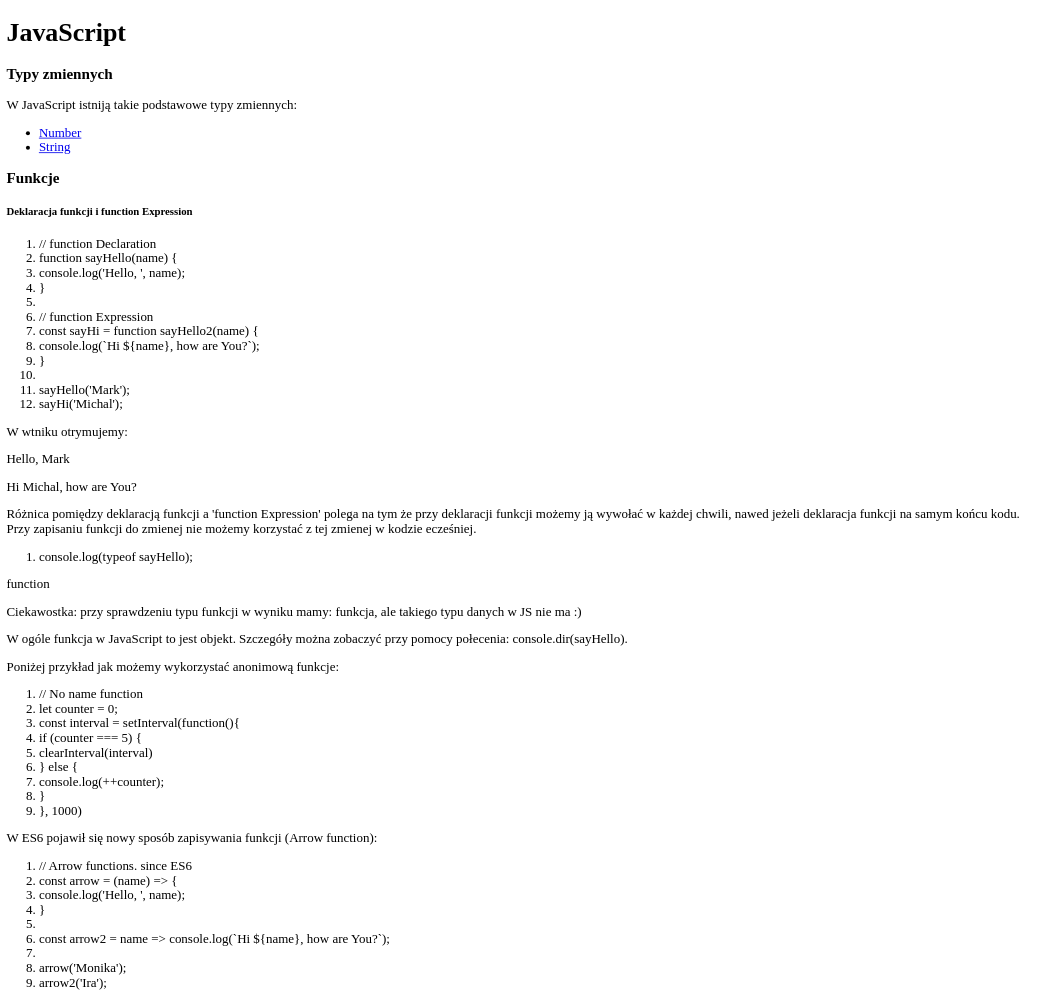
Repository: romanstetsiuk1/JS_learn
Page: noteJavaScript.html
The author's editor kept a copy of each file at every save. The page is drawn from the files as they stood at one save, then again after the next save.
The browser window is 1280 px wide. The pictures show the whole page, at 81% of full size.

Above is the page before, as saved 2020-08-19 18:18:38.

After the next save:
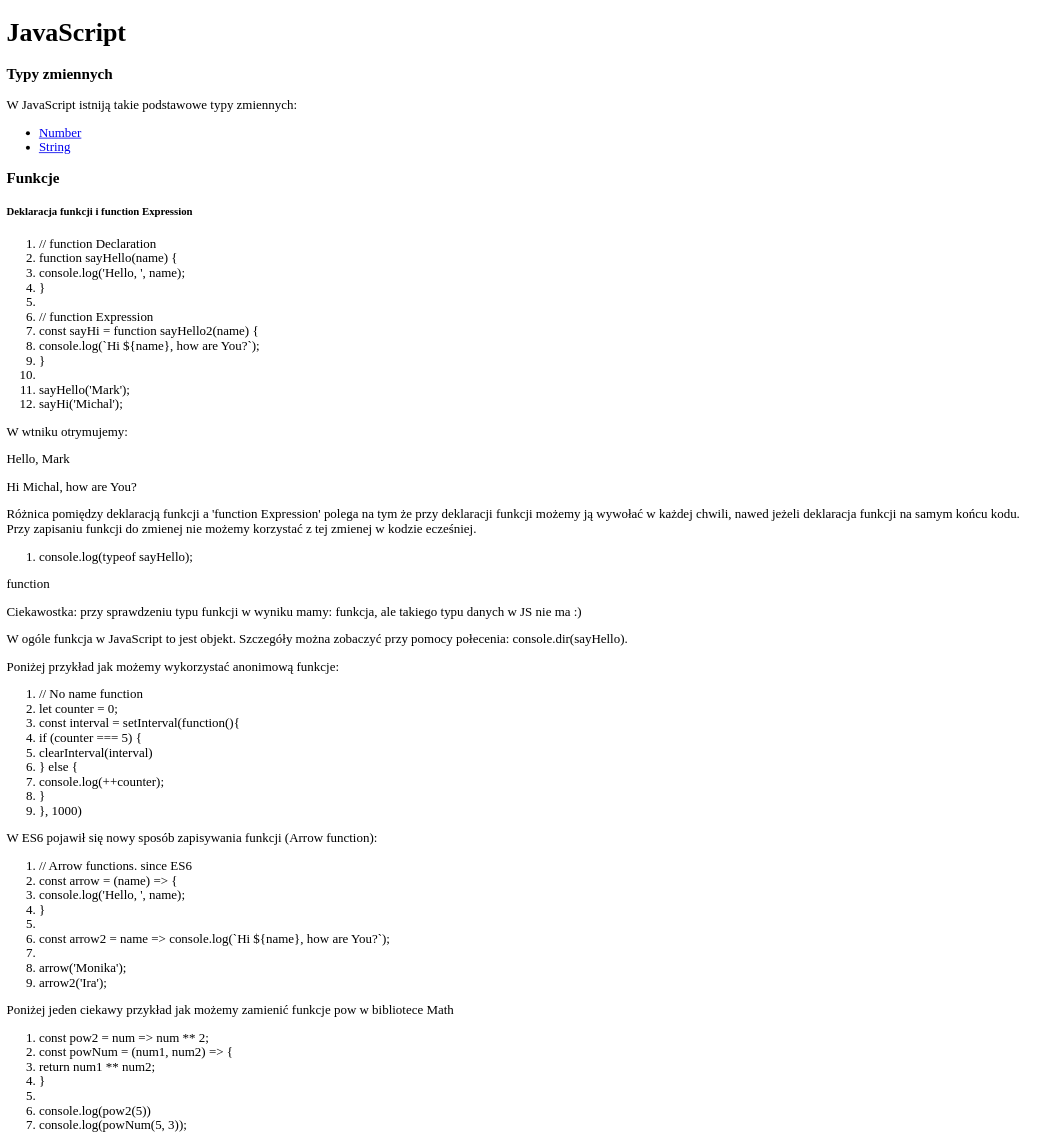
Saved 4 min 15 s later.
--- a/noteJavaScript.html
+++ b/noteJavaScript.html
@@ -93,6 +93,21 @@
           </ol>
         </div>
 
+        <p>Poniżej jeden ciekawy przykład jak możemy zamienić funkcje pow w
+          bibliotece Math
+        </p>
+        <div class="vsCode">
+          <ol>
+            <li>const pow2 = num => num ** 2;</li>
+            <li>const powNum = (num1, num2) => {</li>
+            <li>return num1 ** num2;</li>
+            <li>}</li>
+            <li></li>
+            <li>console.log(pow2(5))</li>
+            <li>console.log(powNum(5, 3));</li>
+          </ol>
+        </div>
+
     </article>
 
   </main>
